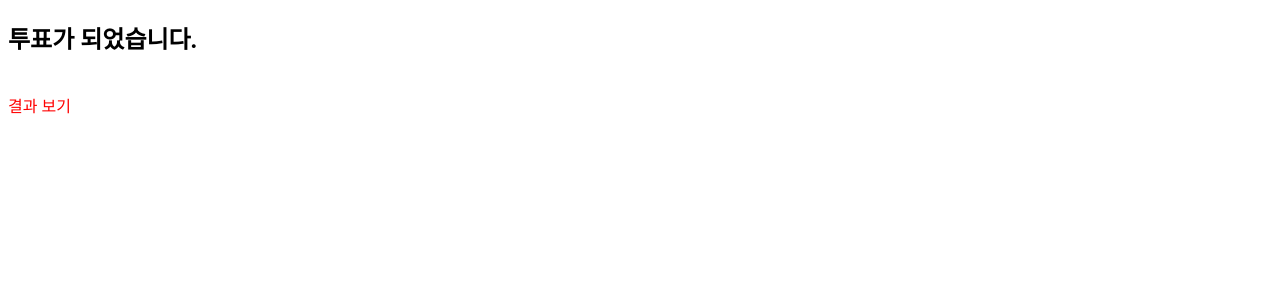
Repository: hayoung9000/migo_vote
Page: http://localhost/Migo/voteOkProc.jsp
These files come from the project's save history. The page is drawn as it stood at one moment and after the next save; the edit follows.
The browser window is 1280 px wide. The pictures show the whole page.
The page is served by Tomcat 9.

Above is the page before, as saved 2018-05-20 15:52:56.

### Migo/WebContent/voteOkProc.jsp
<%@ page language="java" contentType="text/html; charset=EUC-KR"
    pageEncoding="EUC-KR"%>
<!DOCTYPE html PUBLIC "-//W3C//DTD HTML 4.01 Transitional//EN" "http://www.w3.org/TR/html4/loose.dtd">
<html>
<head>
<meta http-equiv="Content-Type" content="text/html; charset=EUC-KR">
<title>Insert title here</title>
<style>
#result{
	/*왼쪽 여백 주기*/
}
#result a{
	    text-decoration: none;
	    color:red;
}
</style>
</head>
<body>
<div id="result">
<h2>투표가 되었습니다. </h2><br>
<a href="voteProc.jsp">결과 보기</a>
</div>
</body>
</html>

After the next save:
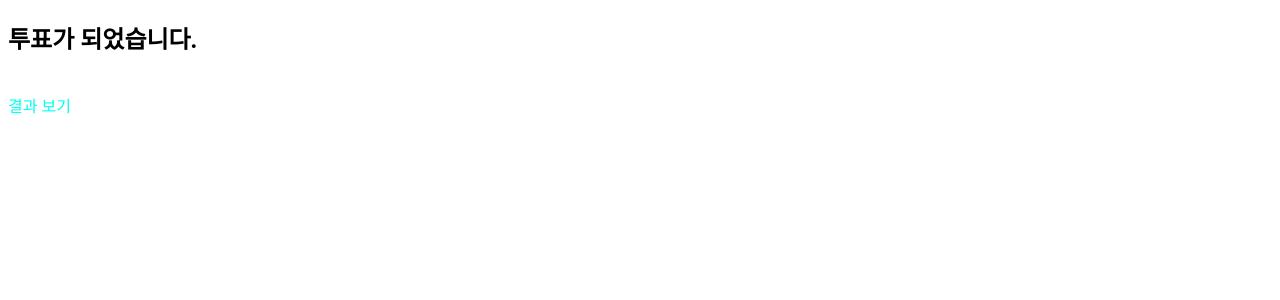
Saved 43 s later.
--- a/Migo/WebContent/voteOkProc.jsp
+++ b/Migo/WebContent/voteOkProc.jsp
@@ -11,7 +11,7 @@
 }
 #result a{
 	    text-decoration: none;
-	    color:red;
+	    color:#00fff2;
 }
 </style>
 </head>
